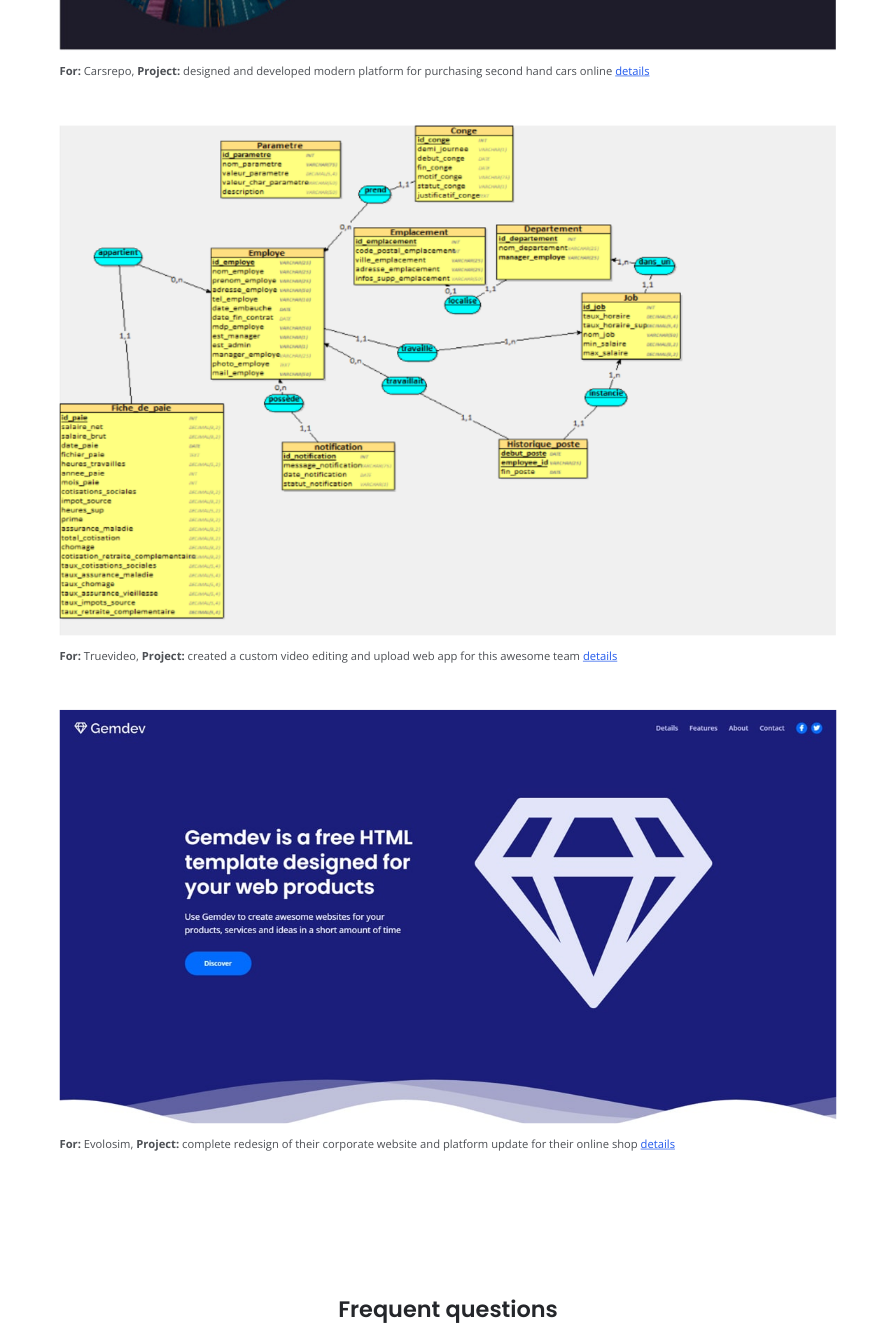
Repository: J2S80000/Portfolio
Page: index.html
The author's editor kept a copy of each file at every save. The page is drawn from the files as they stood at one save, then again after the next save.
The browser window is 1280 px wide. The pictures show the part of the page from y = 4580 to 6500 px (the page is 8148 px tall before and 7451 px after), at 70% of full size.

Above is the page before, as saved 2025-05-05 17:14:36.

After the next save:
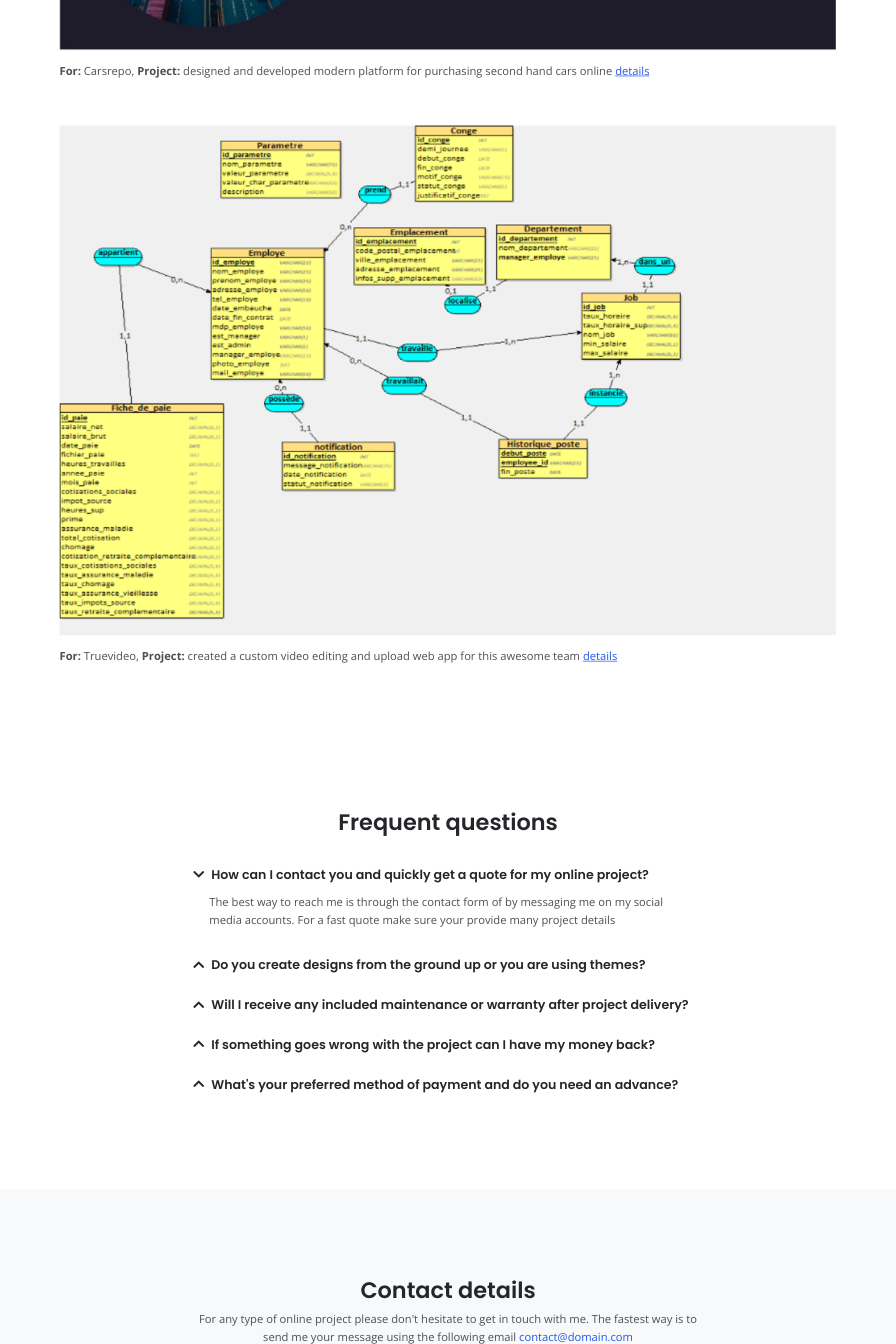
Saved 8 s later.
--- a/index.html
+++ b/index.html
@@ -254,14 +254,7 @@
                         </div> <!-- end of image-container -->
                         <p><strong>For:</strong> Truevideo, <strong>Project:</strong> created a custom video editing and upload web app for this awesome team <a class="blue" href="project.html">details</a></p>
                     </div> <!-- end of text-container -->
-                    <div class="text-container">
-                        <div class="image-container">
-                            <a href="project.html">
-                                <img class="img-fluid" src="images/project-4.jpg" alt="alternative">
-                            </a>
-                        </div> <!-- end of image-container -->
-                        <p><strong>For:</strong> Evolosim, <strong>Project:</strong> complete redesign of their corporate website and platform update for their online shop <a class="blue" href="project.html">details</a></p>
-                    </div> <!-- end of text-container -->
+
                 </div> <!-- end of col -->
             </div> <!-- end of row -->
         </div> <!-- end of container -->
